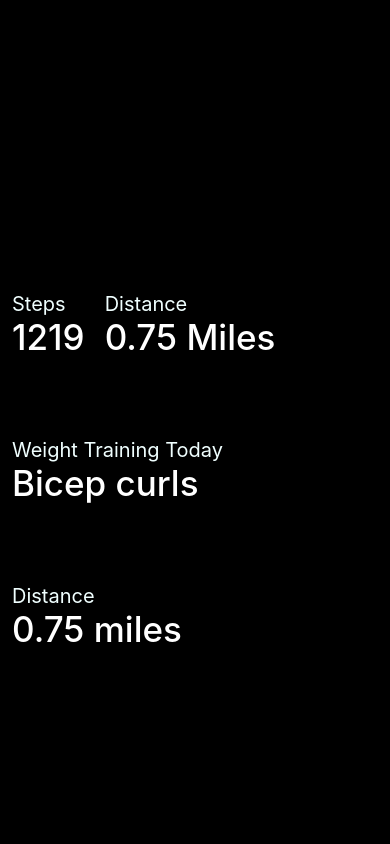
Repository: JamesPesenti/JiMTracker
Screen: /
These files come from the project's save history. The screen is drawn as it stood at one moment and after the next save; the edit follows.
The app was drawn by React Native's web renderer in a window 390 px wide. The project was rebuilt for these pictures with package versions that can differ from the ones it lists, and the page was loaded fresh each time.

Above is the screen before, as saved 2023-06-16 12:29:13.

After the next save:
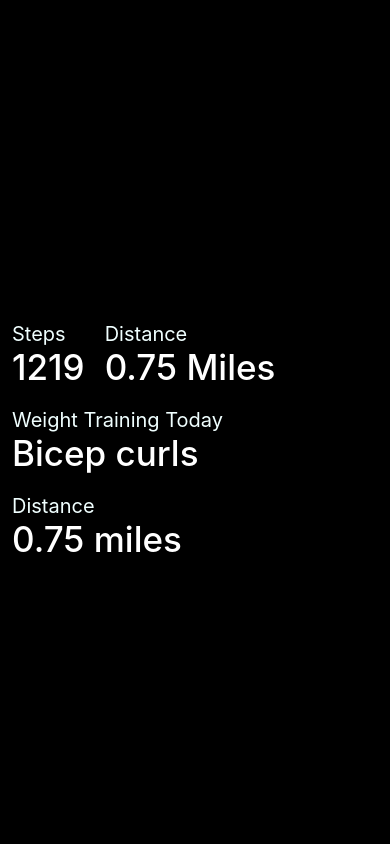
Saved 5 s later.
--- a/App.tsx
+++ b/App.tsx
@@ -51,7 +51,7 @@ const styles = StyleSheet.create({
     justifyContent: 'center',
     padding: 12,
     marginHorizontal: 0,
-    rowGap: 80,
+    rowGap: 20,
     columnGap: 25
   },
   label: {
